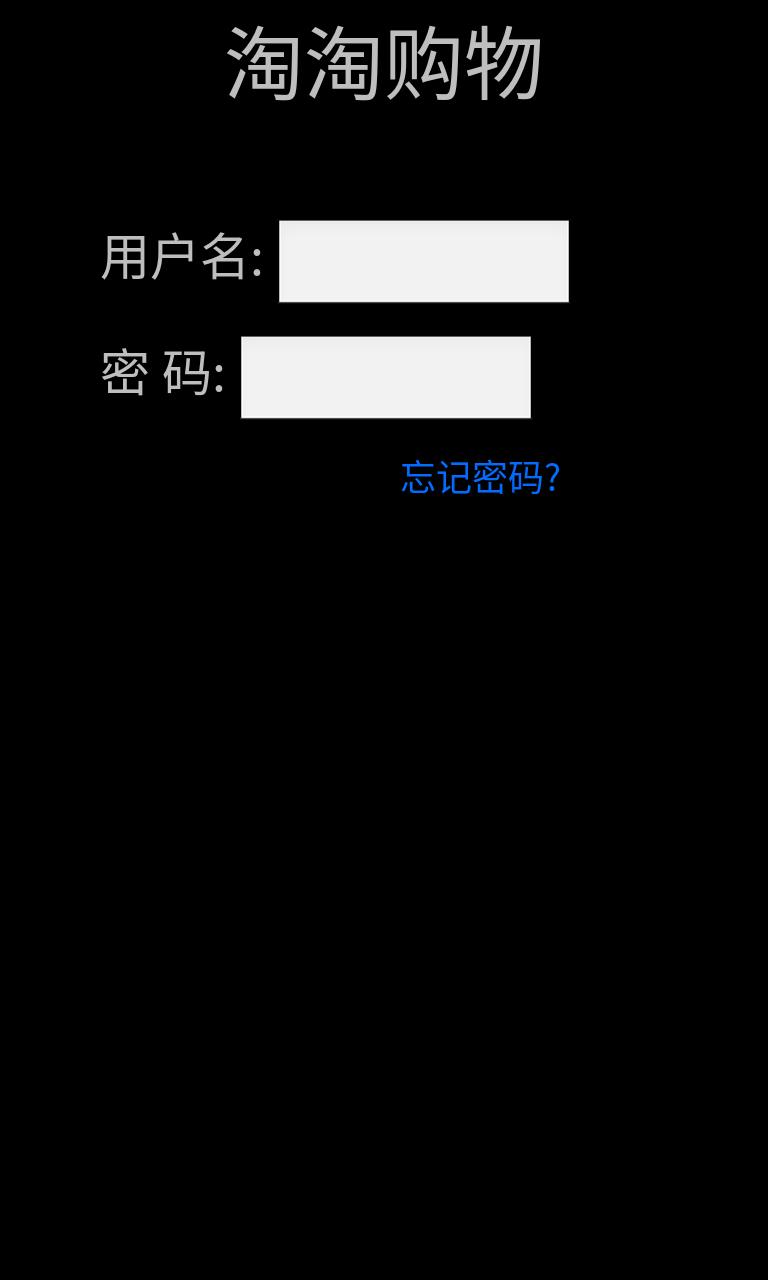
Repository: jcyfkimi/Android-TaoTao
Layout: TaoTao/res/layout/login.xml
These files come from the project's save history. The layout is drawn as it stood at one moment and after the next save; the edit follows.
It is drawn on a 768 x 1280 px phone screen (xhdpi) without system bars, with theme android:Theme; the app's code is not run.

Above is the layout before, as saved 2011-09-13 06:31:23.

### TaoTao/res/layout/login.xml
<?xml version="1.0" encoding="utf-8"?>
<LinearLayout xmlns:android="http://schemas.android.com/apk/res/android"
    android:orientation="vertical"
    android:layout_width="fill_parent"
    android:layout_height="fill_parent"
    >
    <TextView android:layout_width="wrap_content"
    	android:layout_height="wrap_content"
    	android:text="@string/indexhead"
    	android:textSize="40dip"
    	android:layout_gravity="center_horizontal"/>
	<LinearLayout xmlns:android="http://schemas.android.com/apk/res/android"
	    android:orientation="horizontal"
	    android:layout_width="wrap_content"
	    android:layout_height="wrap_content"
	    >
	    <TextView android:layout_width="wrap_content"
	    	android:layout_height="wrap_content"
	    	android:layout_marginLeft="50dip"
	    	android:layout_marginTop="50dip"
	    	android:text="@string/logintext"
	    	android:textSize="25dip"/>
	    <EditText android:id="@+id/uname"
	    	android:layout_width="150dip"
	    	android:layout_height="wrap_content"
	    	android:layout_marginTop="50dip"
	    	android:layout_marginLeft="5dip"
	    	/>
	    </LinearLayout>

	<LinearLayout xmlns:android="http://schemas.android.com/apk/res/android"
	    android:orientation="horizontal"
	    android:layout_width="wrap_content"
	    android:layout_height="wrap_content"
	    >
	    <TextView android:layout_width="wrap_content"
	    	android:layout_height="wrap_content"
	    	android:layout_marginLeft="50dip"
	    	android:layout_marginTop="10dip"
	    	android:text="@string/passtext"
	    	android:textSize="25dip"/>
	    <EditText android:id="@+id/upass"
	    	android:layout_width="150dip"
	    	android:layout_height="wrap_content"
	    	android:layout_marginTop="10dip"
	    	android:layout_marginLeft="5dip"
	    	/>
	    </LinearLayout>

	<LinearLayout xmlns:android="http://schemas.android.com/apk/res/android"
	    android:orientation="horizontal"
	    android:layout_width="fill_parent"
	    android:layout_height="wrap_content"
	    >
	    <TextView android:layout_width="wrap_content"
	    	android:layout_height="wrap_content"
			android:layout_marginLeft="200dip"
	    	android:layout_marginTop="10dip"
	    	android:text="@string/forgetpass"
	    	android:textSize="18dip"
	    	android:textColor="#036CFE"
	    	/>
	    </LinearLayout>

	<LinearLayout xmlns:android="http://schemas.android.com/apk/res/android"
	    android:orientation="horizontal"
	    android:layout_width="wrap_content"
	    android:layout_height="wrap_content"
	    >
	    	</LinearLayout>
</LinearLayout>

### TaoTao/res/values/strings.xml
<?xml version="1.0" encoding="utf-8"?>
<resources>
    <string name="hello">Hello World, LoginActivity!</string>
    <string name="app_name">TaoTao</string>
    <string name="logintext">用户名:</string>
    <string name="passtext">密    码:</string>
    <string name="forgetpass">忘记密码?</string>
    <string name="indexhead">淘淘购物</string>
</resources>

After the next save:
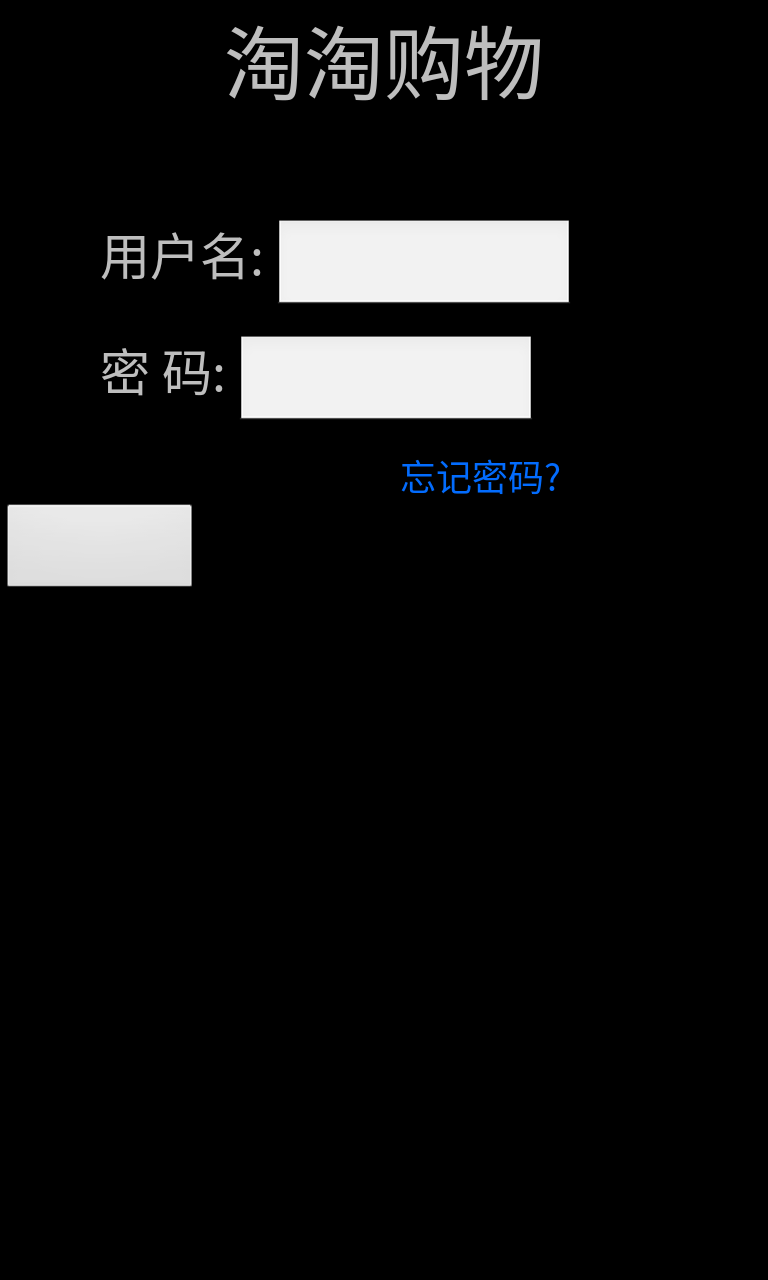
Saved 90 s later.
--- a/TaoTao/res/layout/login.xml
+++ b/TaoTao/res/layout/login.xml
@@ -67,5 +67,8 @@
 	    android:layout_width="wrap_content"
 	    android:layout_height="wrap_content"
 	    >
+	    <Button android:id="@+id/btnlogin"
+	    	android:layout_width="100dip"
+	    	android:layout_height="wrap_content"/>
 	    	</LinearLayout>
 </LinearLayout>
